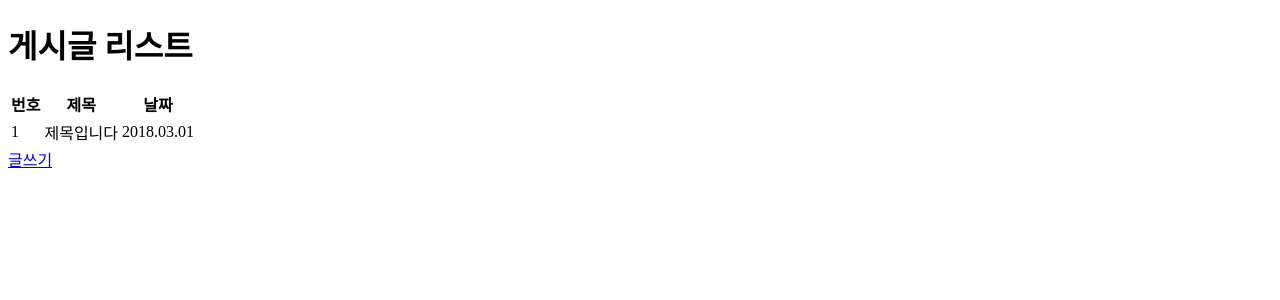
Repository: sandartchip/Board_v01
Page: Board_v01/firstjsp/WebContent/Copy of index.html
An editor plug-in stored every save of this project. The page is shown before and after the next save, followed by the edit.
The browser window is 1280 px wide. The pictures show the whole page.

Above is the page before, as saved 2019-03-18 03:28:42.

### Board_v01/firstjsp/WebContent/Copy of index.html
<!DOCTYPE html>
<html>
<head>
<meta charset="UTF-8">
<title>게 시 판 입 니 다</title>
</head>
<body>
	<h1>게시글 리스트</h1>
	<table>
		<tr>
			<th>번호</th>
			<th>제목</th>
			<th>날짜</th>
		</tr>
		<tr>
			<td>1</td>
			<td>제목입니다</td>
			<td>2018.03.01</td>
		</tr>
	</table>
	<a href="write.html">글쓰기</a>
</body>
</html>

After the next save:
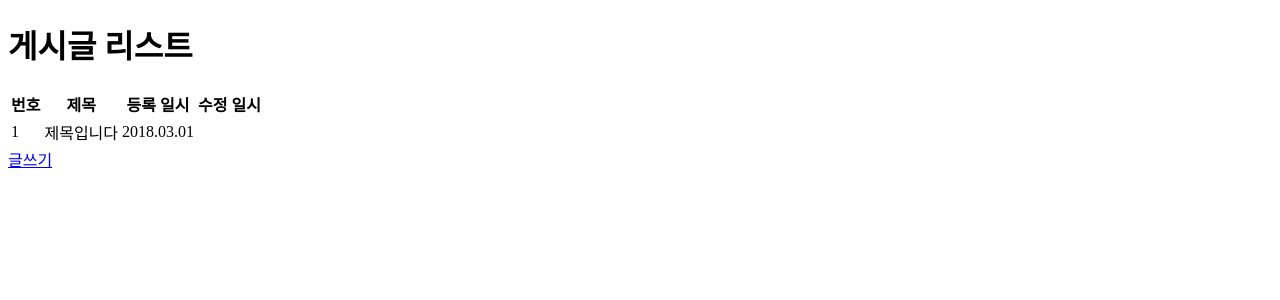
Saved 15 min 8 s later.
--- a/Board_v01/firstjsp/WebContent/Copy of index.html
+++ b/Board_v01/firstjsp/WebContent/Copy of index.html
@@ -10,7 +10,8 @@
 		<tr>
 			<th>번호</th>
 			<th>제목</th>
-			<th>날짜</th>
+			<th>등록 일시</th>
+			<th>수정 일시</th>
 		</tr>
 		<tr>
 			<td>1</td>
